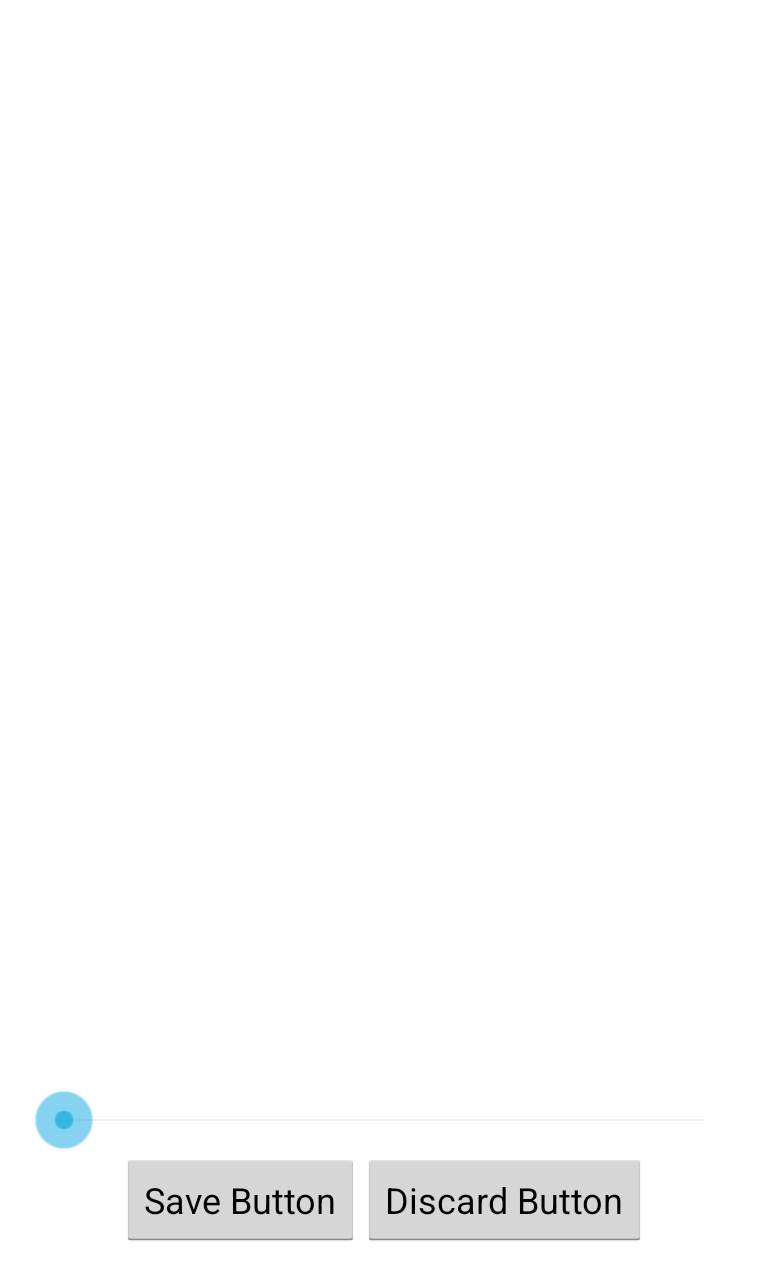
Repository: renatovieira/tcc2013
Layout: TCC/res/layout/activity_filtered_image.xml
The author's editor kept a copy of each file at every save. The layout is drawn from the files as they stood at one save, then again after the next save.
It is drawn on a 768 x 1280 px phone screen (xhdpi) without system bars, with theme AppTheme; the app's code is not run.

Above is the layout before, as saved 2013-07-24 02:39:31.

After the next save:
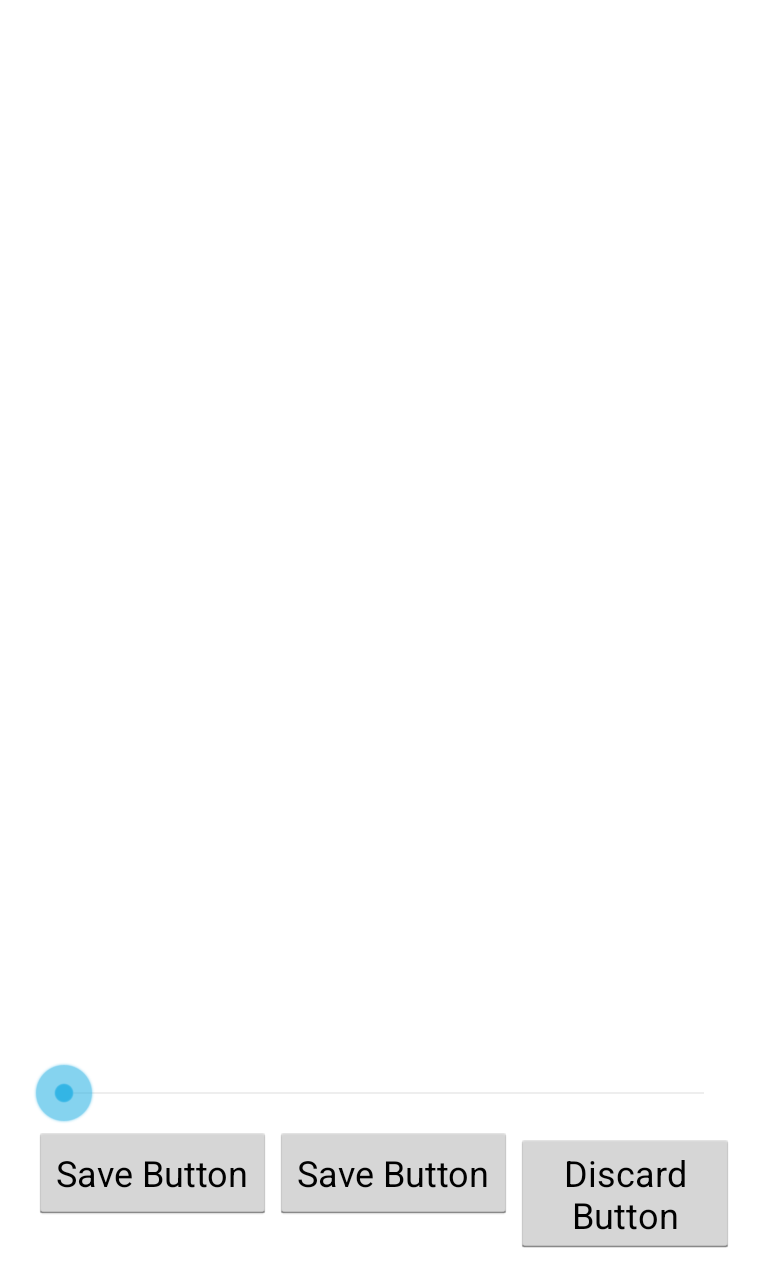
Saved 64 s later.
--- a/TCC/res/layout/activity_filtered_image.xml
+++ b/TCC/res/layout/activity_filtered_image.xml
@@ -36,6 +36,12 @@
             android:text="@string/save_button" />
 
         <Button
+            android:id="@+id/save_button"
+            android:layout_width="wrap_content"
+            android:layout_height="wrap_content"
+            android:text="@string/save_button" />
+
+        <Button
             android:id="@+id/discard_button"
             android:layout_width="wrap_content"
             android:layout_height="wrap_content"
